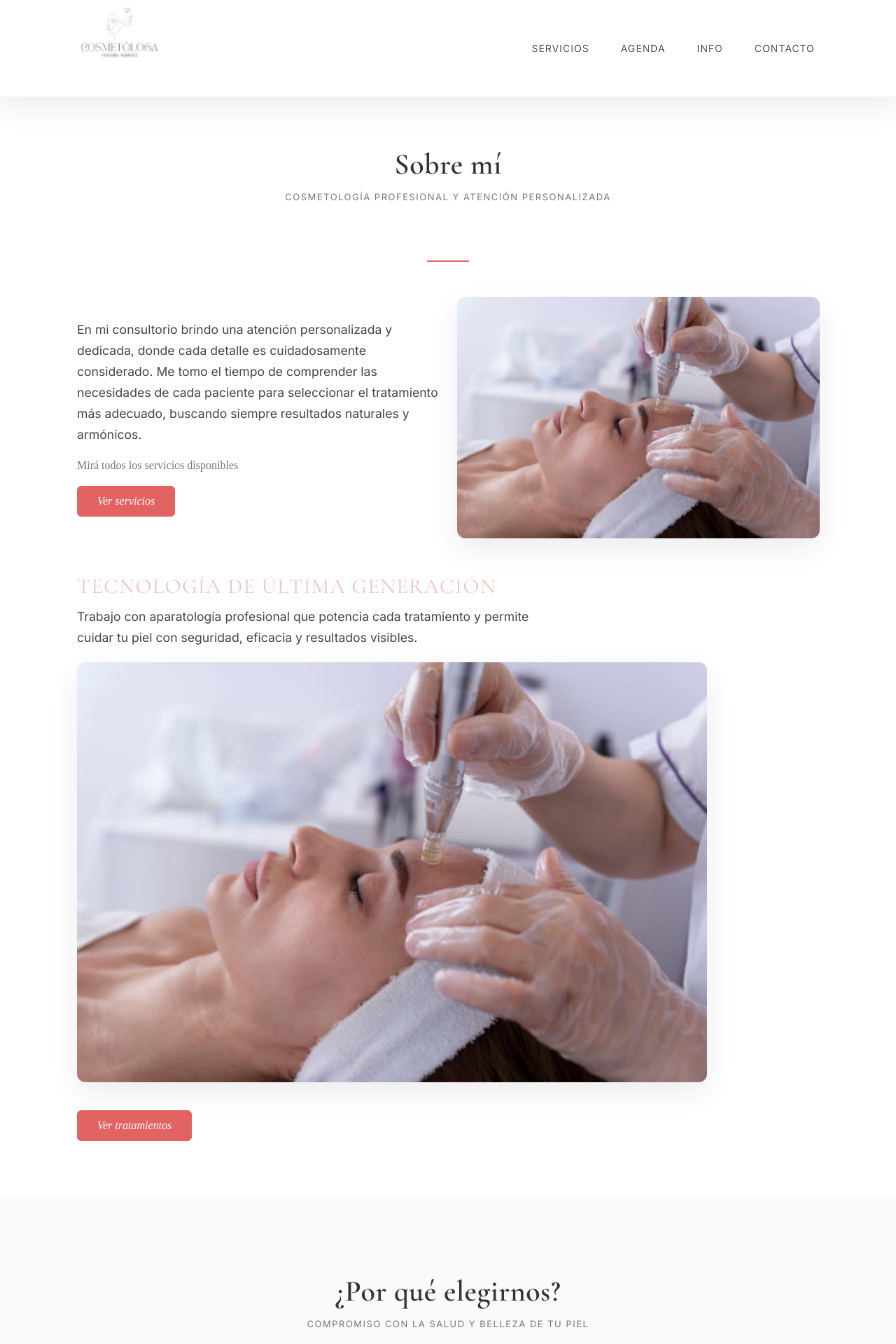
Repository: thiagobal1891-sudo/paginaweb
Page: pages/info.html
These files come from the project's save history. The page is drawn as it stood at one moment and after the next save; the edit follows.
The browser window is 1280 px wide. The pictures show the part of the page from y = 0 to 1920 px (the page is 2648 px tall before and 2588 px after), at 70% of full size.
Some web fonts or font styles are not loaded; a fallback is used.

Above is the page before, as saved 2026-03-17 11:34:05.
Console error: ReferenceError: emailjs is not defined

After the next save:
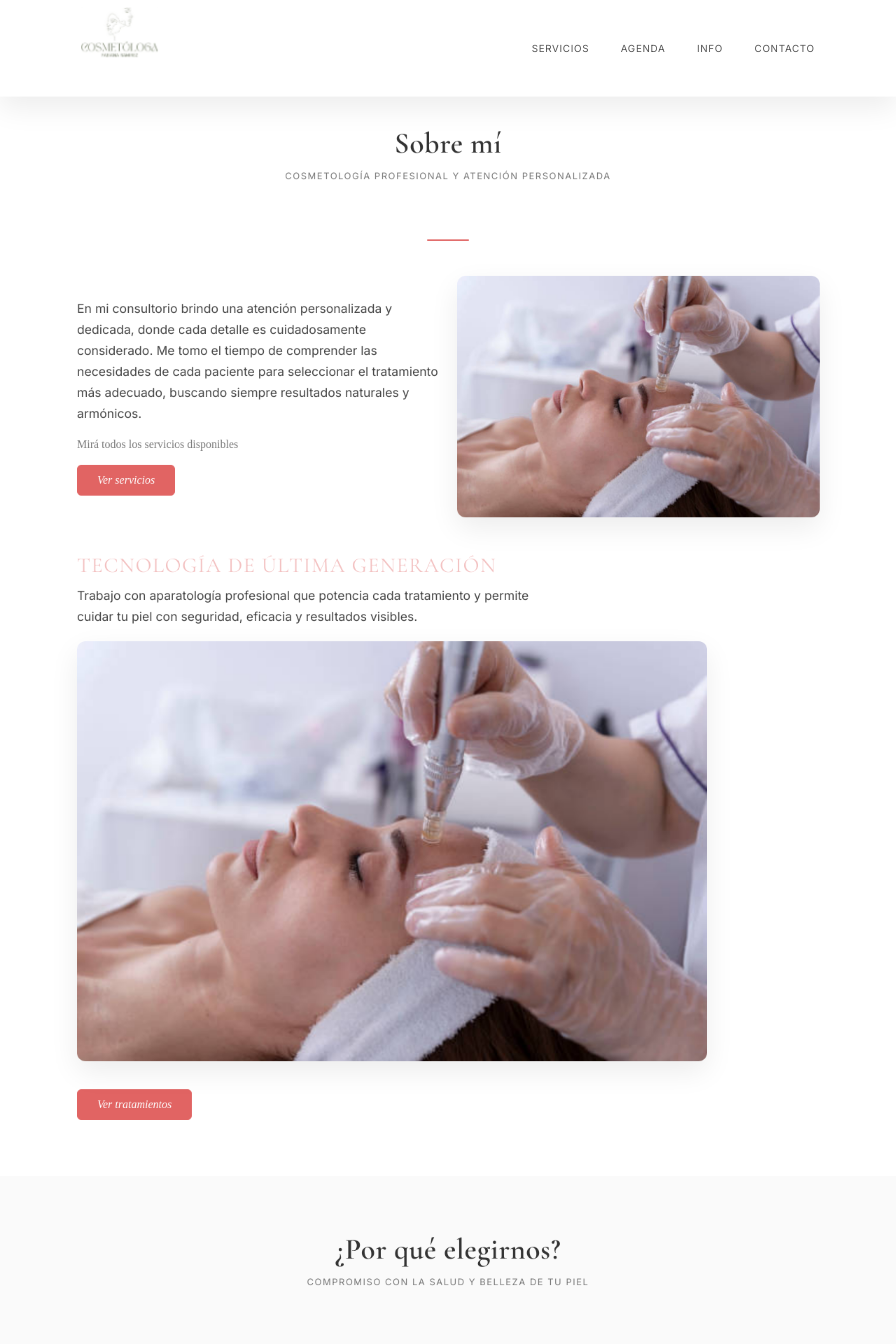
Saved 119 s later.
--- a/css/style.css
+++ b/css/style.css
@@ -279,7 +279,7 @@ transform:translateY(0);
 }
 .section-title{
   text-align:center;
-  position:relative; padding-top: 30px;
+  position:relative;
   }
 .section-title.show{
   opacity:1;
